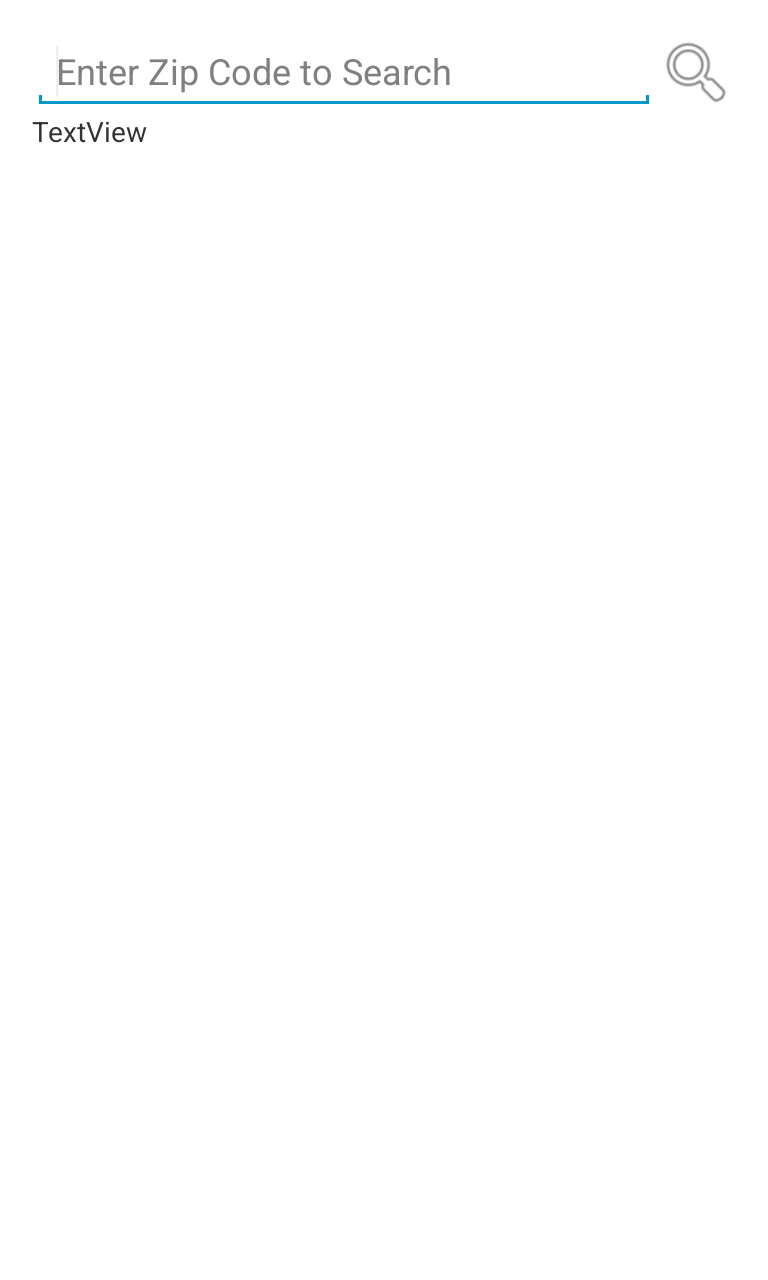
Repository: fsoDannis/J2_913
Layout: WeatherPull/res/layout/activity_main.xml
The author's editor kept a copy of each file at every save. The layout is drawn from the files as they stood at one save, then again after the next save.
It is drawn on a 768 x 1280 px phone screen (xhdpi) without system bars, with theme AppTheme; the app's code is not run.

Above is the layout before, as saved 2013-09-05 01:23:21.

After the next save:
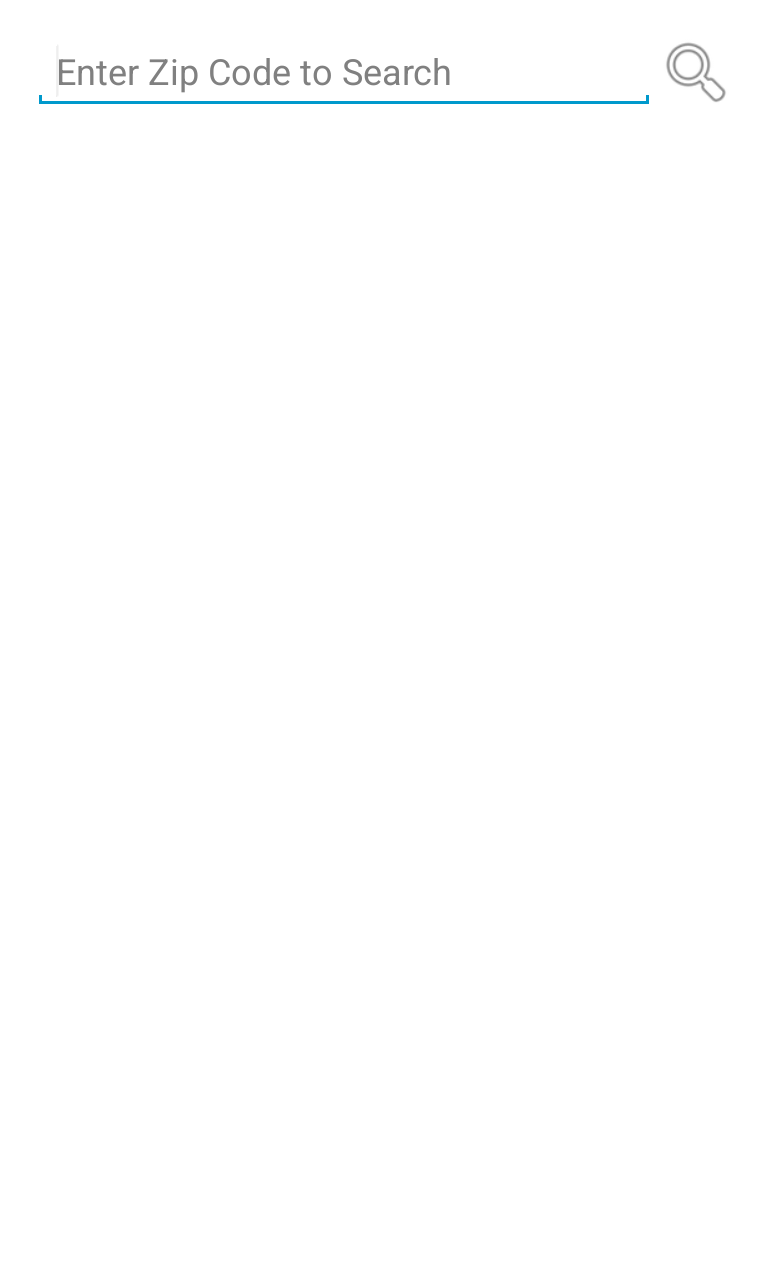
Saved 36 s later.
--- a/WeatherPull/res/layout/activity_main.xml
+++ b/WeatherPull/res/layout/activity_main.xml
@@ -43,6 +43,6 @@
         android:layout_width="286dp"
         android:layout_height="wrap_content"
         android:layout_weight="0.83"
-        android:text="TextView" />
+        android:text="" />
 
 </LinearLayout>
